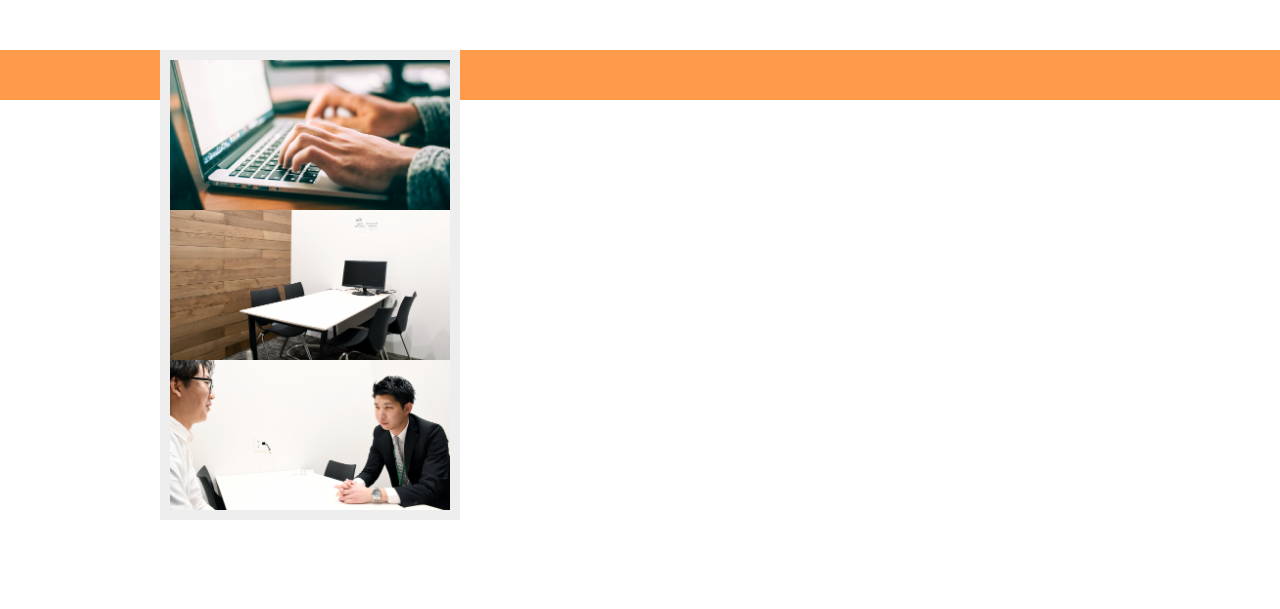
Repository: Tyubyasa/abc
Page: chapter9-2/chapter9-2.html
The author's editor kept a record of every edit. The page is drawn from the files as they stood at one moment, then again after the next edit.
The browser window is 1280 px wide. The pictures show the whole page.

Above is the page before.

After the next edit:
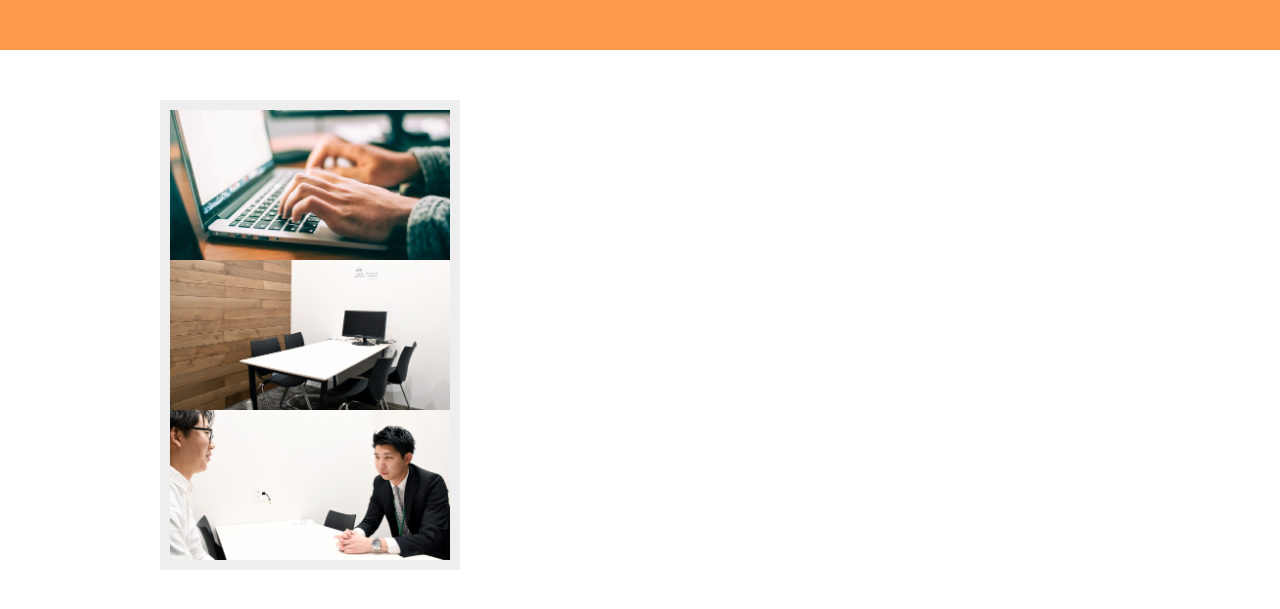
The edit:
--- a/chapter9-2/chapter9-2.html
+++ b/chapter9-2/chapter9-2.html
@@ -13,7 +13,7 @@
         <a href="chapter9-2.html">
         </a>
       </h1>
-
+    </header>
     <!-- main用のdiv -->
     <main>
 <section class="step-box">
